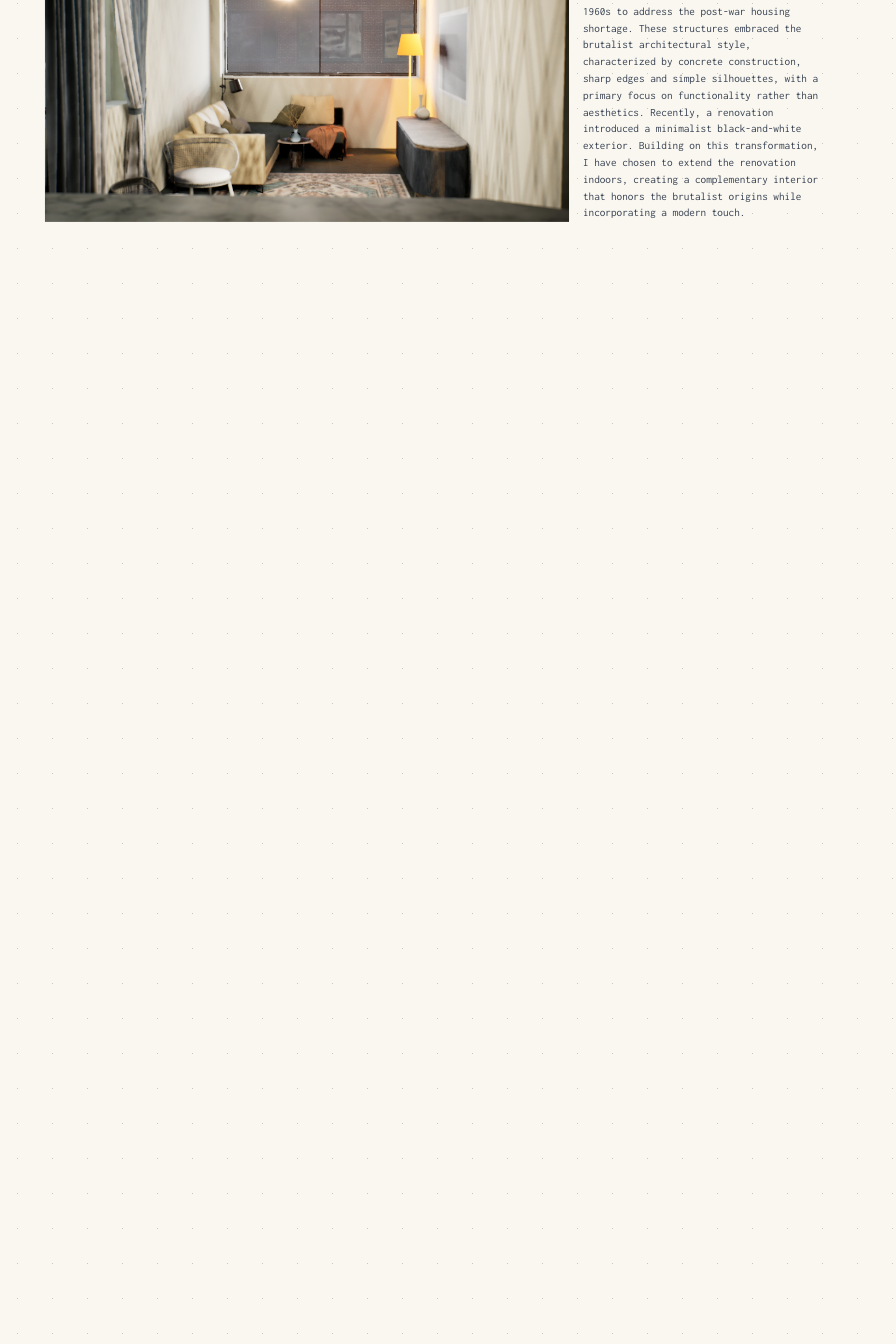
Repository: BBRRE/Portfolio-V2
Page: /#/Architecture
An editor plug-in stored every save of this project. The page is shown before and after the next save, followed by the edit.
The browser window is 1280 px wide. The pictures show the part of the page from y = 870 to 2790 px (the page is 4594 px tall before and 1120 px after), at 70% of full size.
Some web fonts or font styles are not loaded; a fallback is used. The project was rebuilt for these pictures with package versions that can differ from the ones it lists, and the page was loaded fresh each time. Also part of the build but not shown: vite.config.js, src/Subjects/CompSci.jsx, src/Subjects/EEng.jsx, src/Subjects/Other.jsx, src/Projects Overview.jsx, src/HomePage.jsx, src/ErrorBoundary.jsx.

Above is the page before, as saved 2024-11-26 19:19:33.

### index.html
<!doctype html>
<html lang="en">
  <head>
    <meta charset="UTF-8" />
    <link rel="icon" type="image/svg+xml" href="src\assets\letter-bb.svg" />
    <link href="https://fonts.googleapis.com/css2?family=Inconsolata&family=Italiana&family=Hubballi&family=Julius+Sans+One&display=swap" rel="stylesheet">
    <link rel="preconnect" href="https://fonts.googleapis.com" />
<link rel="preconnect" href="https://fonts.gstatic.com" crossorigin />
<link
  rel="stylesheet"
  href="https://fonts.googleapis.com/css2?family=Roboto:wght@300;400;500;700&display=swap"
/>
<link
  rel="stylesheet"
  href="https://fonts.googleapis.com/icon?family=Material+Icons"
/>

    <meta name="viewport" content="width=device-width, initial-scale=1.0" />
    <title>Bilaal Bare</title>
  </head>
  <body>
    <div id="root"></div>
    <script type="module" src="/src/main.jsx"></script>
  </body>
</html>

### src/main.jsx
import React from 'react'
import ReactDOM from 'react-dom/client'
import App from './App'
import ErrorBoundary from './ErrorBoundary'
import './index.css'

ReactDOM.createRoot(document.getElementById('root')).render(
  <React.StrictMode>
    <ErrorBoundary>
      <App />
    </ErrorBoundary>
  </React.StrictMode>
)

### src/App.jsx
import { HashRouter as Router, Routes, Route } from 'react-router-dom';
import Archi from './Subjects/Archi.jsx'
import CompSci from './Subjects/CompSci.jsx'
import EEng from './Subjects/EEng.jsx'
import Other from './Subjects/Other.jsx'
import { HomePage } from './HomePage'
import { useState, useEffect } from 'react'

function App() {
  useEffect(() => {
    console.log('App component mounted')
  }, [])

  return (
    <Router>
        <Routes>
          <Route path="/" element={<HomePage />} />
          <Route path="/Architecture" element={<Archi />} />
          <Route path="/Electronic-Eng" element={<EEng />} />
          <Route path="/Computer-Sci" element={<CompSci />} />
          <Route path="/Other" element={<Other />} />
        </Routes>
    </Router>
  )
}

export default App

### src/index.css
@tailwind base;
@tailwind components;
@tailwind utilities;

@layer utilities {
  .bg-dot-pattern {
    background-image: radial-gradient(circle, rgba(0, 0, 0, 0.2) 1px, transparent 1px);
    background-size: 50px 50px; /* Adjust the spacing here */
  }
}

### src/Subjects/Archi.jsx
import React, { useState, useEffect } from 'react';
import { motion } from "framer-motion";
import archi from "../assets/arch.jpg";
import old from "../assets/Old.jpg";
import newL from "../assets/New.jpg";
import render1 from "../assets/NewLevelSequence.0001.jpeg"
import render2 from "../assets/NewLevelSequence.0002.jpeg"
import render3 from "../assets/NewLevelSequence.0003.jpeg"
import render4 from "../assets/NewLevelSequence.0004.jpeg"
import render5 from "../assets/NewLevelSequence.0005.jpeg"
import kitchen from "../assets/Kitchene.PNG";
import balcony from "../assets/Balconye.PNG";
import bathroom from "../assets/Bathroome.PNG";

const Arcchi = () => {
  const [isExpanded, setIsExpanded] = useState(false);
  const [delayedExpanded, setDelayedExpanded] = useState(false);
  const [isExpanded2, setIsExpanded2] = useState(false);
  const [delayedExpanded2, setDelayedExpanded2] = useState(false);

  useEffect(() => {
    let timer;
    if (isExpanded) {setDelayedExpanded(true)
    } else {
      timer = setTimeout(() => setDelayedExpanded(false), 1000);
    }
    return () => clearTimeout(timer);
  }, [isExpanded]);

  useEffect(() => {
    let timer;
    if (isExpanded2) {setDelayedExpanded2(true)
    } else {
      timer = setTimeout(() => setDelayedExpanded2(false), 1000);
    }
    return () => clearTimeout(timer);
  }, [isExpanded2]);

  const containerVariants = {
    hidden: {
      y: -100,
      opacity: 0
    },
    visible: {
      y: 0,
      opacity: 1,
      transition: {
        type: "spring",
        damping: 20,
        stiffness: 100,
        duration: 1
      }
    }
  };
  // Separate variants for mobile and desktop
  const imageVariants = {
    initial: {
      width: '65%',
      x: 0,
      transition: { duration: 2 }
    },
    expanded: {
      width: '100%',
      x: 0,
      transition: { duration: 2 }
    }
  };

  // Desktop-specific variants
  const desktopImageVariants = {
    initial: {
      width: '65%',
      x: 0,
      transition: { duration: 2 }
    },
    expanded: {
      width: '100%',
      x: '15%',
      transition: { duration: 2 }
    }
  };

  const textVariants = {
    initial: { opacity: 1, y: 0 },
    fading: { opacity: 0, transition: { duration: 0.5 } },
    appearing: { opacity: 1, y: '-50%', transition: { duration: 0.5 } }
  };

  return (
    <div className='bg-[#F9F7F0] bg-dot-pattern flex flex-col gap-14'>
    <div className={` font-inconsolata w-full overflow-hidden `}>
      <motion.div
        className="flex flex-col pt-[60px] md:pt-[100px] gap-4 md:gap-8 w-full"
        initial="hidden"
        animate="visible"
        variants={containerVariants}
      >
        <div className="flex w-full mx-auto max-w-[1200px] flex-col px-4 md:px-6">
          {/* Initial hero section */}
          <div
            className="flex flex-col md:flex-row w-full mx-auto max-w-[1200px] h-[60vh] md:h-[80vh] cursor-pointer relative z-10"
            onClick={() => setIsExpanded(!isExpanded)}
          >
            {/* Mobile Image */}

            <motion.img
              className="object-contain rounded-sm z-10 mx-auto md:hidden"
              src={render1}
              initial="initial"
              animate={isExpanded ? "expanded" : "initial"}
              variants={imageVariants}
            />

            {/* Desktop Image */}
            <motion.img
              className="hidden md:block object-contain rounded-sm z-10"
              src={render1}
              initial="initial"
              animate={isExpanded ? "expanded" : "initial"}
              variants={desktopImageVariants}
            />

            <motion.div
              className="w-full md:w-1/3 p-4 md:pl-[20px] md:pt-[20px] my-auto"
              initial="initial"
              animate={isExpanded ? "fading" : "initial"}
              variants={textVariants}
            >
              <h1 className="text-xl md:text-2xl font-semibold mb-4">Redesigning the layout of an apartment</h1>
              <p className="text-gray-700 leading-relaxed text-sm md:text-base z-10">
              Many UK tower blocks were built in the 1960s to address the post-war housing shortage. These structures embraced the brutalist architectural style, characterized by concrete construction, sharp edges and simple silhouettes,
               with a primary focus on functionality rather than aesthetics. Recently, a renovation introduced a minimalist black-and-white exterior. Building on this transformation, I have chosen to extend the renovation indoors,
                creating a complementary interior that honors the brutalist origins while incorporating a modern touch.
              </p>
            </motion.div>
          </div>

          {/* Expanded grid section */}
          <motion.div
            className={`w-full max-w-[1200px] mx-auto transition-all duration-1000 ease-in-out  ${isExpanded ? '' : 'h-64'}
              ${isExpanded ? 'opacity-100 mt-[-200px] md:mt-8' : 'opacity-0 mt-[-400px]'}
              `}
          >
            <div className="grid grid-cols-1 md:grid-cols-2 gap-8 md:gap-16 p-4 md:p-8 justify-center">
              {/* Balcony Section */}
              <div className="flex flex-col space-y-4 md:space-y-6">
              <img
                  src={balcony}
                  alt="Balcony view"
                  className="w-full max-w-[400px] h-auto object-cover rounded-lg shadow-lg mx-auto"
                />
                <img
                  src={render5}
                  alt="Balcony view"
                  className="w-full max-w-[400px] h-auto object-cover rounded-lg shadow-lg mx-auto"
                />
                <div className="space-y-2 md:space-y-4 px-4 md:px-0">
                  <h2 className="text-lg md:text-xl font-semibold">Balcony Transformation</h2>
                  <p className="text-gray-700 leading-relaxed text-sm md:text-base">
                  What appeared to be a balcony was actually an awkward space connecting the main bedroom to the living room.
                   Despite not protruding from the building's facade, this area had defaulted to storage use. By removing this space,
                    I was able to expand the smaller bedrooms and provide them with direct access to exterior windows. The responsibility of storage would be removed from balcony and distrabuted accross the home
                     requiring alternative storage solutions to be disscused later.
                  </p>
                </div>
              </div>

              {/* Kitchen Section */}
              <div className="flex flex-col space-y-4 md:space-y-6 md:mt-[200px]">
                <img
                  src={kitchen}
                  alt="Balcony view"
                  className="w-full max-w-[400px] h-auto object-cover rounded-lg shadow-lg mx-auto"
                />
                <img
                  src={render2}
                  alt="Kitchen design"
                  className="w-full max-w-[400px] h-auto object-cover rounded-lg shadow-lg mx-auto"
                />
                <div className="space-y-2 md:space-y-4 px-4 md:px-0">
                  <h2 className="text-lg md:text-xl font-semibold">Modern Kitchen Design</h2>
                  <p className="text-gray-700 leading-relaxed text-sm md:text-base">
                    The kitchen was and small narrow with one small window, and despite it's size it was being used as also being used as a laundry
                    room. I decided to expand the kitchen out into the living room and incorporate a large window to not only help with ventilation but
                    to bring some natural light giving a more enjoyable cooking experience. I also removed many small storage rooms in the kitchen and repurposed
                    it into one large laundry / storage room. This alleviates some stress off the kitchen, and as the door is angled away from the kitchen you wouldn't be
                     interupted while baking. The larger laundry / storage room would act as the central storage and as each bedroom is now larger, there would be
                     space for separated storage within each room.
                  </p>
                </div>
              </div>

              {/* Bathroom Section */}
              <div className="flex flex-col space-y-4 md:space-y-6 md:my-[-300px]">
              <img
                  src={bathroom}
                  alt="Balcony view"
                  className="w-full max-w-[400px] h-auto object-cover rounded-lg shadow-lg mx-auto"
                />
                <img
                  src={render3}
                  alt="Bathroom design"
                  className="w-full max-w-[400px] h-auto object-cover rounded-lg shadow-lg mx-auto"
                />
                <div className="space-y-2 md:space-y-4 px-4 md:px-0">
                  <h2 className="text-lg md:text-xl font-semibold">Luxurious Bathroom</h2>
                  <p className="text-gray-700 leading-relaxed text-sm md:text-base">
                    The bathroom was 2 seperate small rooms, while it came with it's advantages, could be used in parralell, it also had many disadvantages, including the small size.
                     A combined washroom gives you a larger space and with the additional
                    divider it would provide the benifit of seperating the toilet from the bathroom. Within the neighberhood this tower block
                    resides, it is very common to have a pair of crocs / flip flops in the bathroom, with the new sliding doors the sandlas can remain
                    at the enterance while you both open and close the door.
                  </p>
                </div>
              </div>

              {/* Floor Plan Section */}
              <div className="flex flex-col space-y-4 md:space-y-6">
                <div className="h-auto md:h-auto bg-white rounded-lg shadow-lg p-4 md:p-6 md:mt-[450px]">
                  <h2 className="text-lg md:text-xl font-semibold mb-2 md:mb-4">Floor Plans & Technical Details</h2>
                  <p className="text-gray-700 leading-relaxed text-sm md:text-base ">
                  Built in the 1960s, this tower block features a typical construction style of its era: load-bearing exterior
                  walls and central columns, with non-load-bearing interior walls. This structural arrangement provided complete freedom
                  in redesigning the interior layout to meet modern living standards. Both the old and renovated floor plan, created in AutoCAD, is shown below.
                  </p>
                </div>
              </div>

              {/* Final Image */}
              <img
                src={old}
                className="col-span-1 md:col-span-2 mt-8 w-full max-w-[1200px] mb-[-50px] mx-auto rounded-lg shadow-lg"
                alt="New Layout"
              />
              <img
                src={newL}
                className="col-span-1 md:col-span-2 mt-8 w-full max-w-[1200px] mb-[100px] mx-auto rounded-lg shadow-lg"
                alt="New Layout"
              />
            </div>
          </motion.div>
        </div>
      </motion.div>
    </div>



    <div className={` font-inconsolata w-full overflow-hidden `}>
      <motion.div
        className="flex flex-col pt-[60px] md:pt-[100px] gap-4 md:gap-8 w-full"
        initial="hidden"
        animate="visible"
        variants={containerVariants}
      >
        <div className="flex w-full mx-auto max-w-[1200px] flex-col px-4 md:px-6">
          {/* Initial hero section */}
          <div
            className="flex flex-col md:flex-row w-full mx-auto max-w-[1200px] h-[60vh] md:h-[80vh] cursor-pointer relative z-10"
            onClick={() => setIsExpanded2(!isExpanded2)}
          >
            {/* Mobile Image */}

            <motion.img
              className="object-contain rounded-sm z-10 mx-auto md:hidden"
              src={render1}
              initial="initial"
              animate={isExpanded2 ? "expanded" : "initial"}
              variants={imageVariants}
            />

            {/* Desktop Image */}
            <motion.img
              className="hidden md:block object-contain rounded-sm z-10"
              src={render1}
              initial="initial"
              animate={isExpanded2 ? "expanded" : "initial"}
              variants={desktopImageVariants}
            />

            <motion.div
              className="w-full md:w-1/3 p-4 md:pl-[20px] md:pt-[20px] my-auto"
              initial="initial"
              animate={isExpanded2 ? "fading" : "initial"}
              variants={textVariants}
            >
              <h1 className="text-xl md:text-2xl font-semibold mb-4">Redesigning the layout of an apartment</h1>
              <p className="text-gray-700 leading-relaxed text-sm md:text-base z-10">
              Many UK tower blocks were built in the 1960s to address the post-war housing shortage. These structures embraced the brutalist architectural style, characterized by concrete construction, sharp edges and simple silhouettes,
               with a primary focus on functionality rather than aesthetics. Recently, a renovation introduced a minimalist black-and-white exterior. Building on this transformation, I have chosen to extend the renovation indoors,
                creating a complementary interior that honors the brutalist origins while incorporating a modern touch.
              </p>
            </motion.div>
          </div>

          {/* Expanded grid section */}
          <motion.div
            className={`w-full max-w-[1200px] mx-auto transition-all duration-1000 ease-in-out
              ${isExpanded2 ? 'opacity-100 mt-[-200px] md:mt-8' : 'opacity-0 mt-[-400px]'}
              `}
          >
            <div className="grid grid-cols-1 md:grid-cols-2 gap-8 md:gap-16 p-4 md:p-8 justify-center">
              {/* Balcony Section */}
              <div className="flex flex-col space-y-4 md:space-y-6">
              <img
                  src={balcony}
                  alt="Balcony view"
                  className="w-full max-w-[400px] h-auto object-cover rounded-lg shadow-lg mx-auto"
                />
                <img
                  src={render5}
                  alt="Balcony view"
                  className="w-full max-w-[400px] h-auto object-cover rounded-lg shadow-lg mx-auto"
                />
                <div className="space-y-2 md:space-y-4 px-4 md:px-0">
                  <h2 className="text-lg md:text-xl font-semibold">Balcony Transformation</h2>
                  <p className="text-gray-700 leading-relaxed text-sm md:text-base">
                  What appeared to be a balcony was actually an awkward space connecting the main bedroom to the living room.
                   Despite not protruding from the building's facade, this area had defaulted to storage use. By removing this space,
                    I was able to expand the smaller bedrooms and provide them with direct access to exterior windows. The responsibility of storage would be removed from balcony and distrabuted accross the home
                     requiring alternative storage solutions to be disscused later.
                  </p>
                </div>
              </div>

              {/* Kitchen Section */}
              <div className="flex flex-col space-y-4 md:space-y-6 md:mt-[200px]">
                <img
                  src={kitchen}
                  alt="Balcony view"
                  className="w-full max-w-[400px] h-auto object-cover rounded-lg shadow-lg mx-auto"
                />
                <img
                  src={render2}
                  alt="Kitchen design"
                  className="w-full max-w-[400px] h-auto object-cover rounded-lg shadow-lg mx-auto"
                />
                <div className="space-y-2 md:space-y-4 px-4 md:px-0">
                  <h2 className="text-lg md:text-xl font-semibold">Modern Kitchen Design</h2>
                  <p className="text-gray-700 leading-relaxed text-sm md:text-base">
                    The kitchen was and small narrow with one small window, and despite it's size it was being used as also being used as a laundry
                    room. I decided to expand the kitchen out into the living room and incorporate a large window to not only help with ventilation but
                    to bring some natural light giving a more enjoyable cooking experience. I also removed many small storage rooms in the kitchen and repurposed
                    it into one large laundry / storage room. This alleviates some stress off the kitchen, and as the door is angled away from the kitchen you wouldn't be
                     interupted while baking. The larger laundry / storage room would act as the central storage and as each bedroom is now larger, there would be
                     space for separated storage within each room.
                  </p>
                </div>
              </div>

              {/* Bathroom Section */}
              <div className="flex flex-col space-y-4 md:space-y-6 md:my-[-300px]">
              <img
                  src={bathroom}
                  alt="Balcony view"
                  className="w-full max-w-[400px] h-auto object-cover rounded-lg shadow-lg mx-auto"
                />
                <img
                  src={render3}
                  alt="Bathroom design"
                  className="w-full max-w-[400px] h-auto object-cover rounded-lg shadow-lg mx-auto"
                />
                <div className="space-y-2 md:space-y-4 px-4 md:px-0">
                  <h2 className="text-lg md:text-xl font-semibold">Luxurious Bathroom</h2>
                  <p className="text-gray-700 leading-relaxed text-sm md:text-base">
                    The bathroom was 2 seperate small rooms, while it came with it's advantages, could be used in parralell, it also had many disadvantages, including the small size.
                     A combined washroom gives you a larger space and with the additional
                    divider it would provide the benifit of seperating the toilet from the bathroom. Within the neighberhood this tower block
                    resides, it is very common to have a pair of crocs / flip flops in the bathroom, with the new sliding doors the sandlas can remain
                    at the enterance while you both open and close the door.
                  </p>
                </div>
              </div>

              {/* Floor Plan Section */}
              <div className="flex flex-col space-y-4 md:space-y-6">
                <div className="h-auto md:h-auto bg-white rounded-lg shadow-lg p-4 md:p-6 md:mt-[450px]">
                  <h2 className="text-lg md:text-xl font-semibold mb-2 md:mb-4">Floor Plans & Technical Details</h2>
                  <p className="text-gray-700 leading-relaxed text-sm md:text-base ">
                  Built in the 1960s, this tower block features a typical construction style of its era: load-bearing exterior
                  walls and central columns, with non-load-bearing interior walls. This structural arrangement provided complete freedom
                  in redesigning the interior layout to meet modern living standards. Both the old and renovated floor plan, created in AutoCAD, is shown below.
                  </p>
                </div>
              </div>

              {/* Final Image */}
              <img
                src={old}
                className="col-span-1 md:col-span-2 mt-8 w-full max-w-[1200px] mb-[-50px] mx-auto rounded-lg shadow-lg"
                alt="New Layout"
              />
              <img
                src={newL}
                className="col-span-1 md:col-span-2 mt-8 w-full max-w-[1200px] mb-[100px] mx-auto rounded-lg shadow-lg"
                alt="New Layout"
              />
            </div>
          </motion.div>
        </div>
      </motion.div>
    </div>
    </div>
  );
};

export default Arcchi;

### tailwind.config.js
/** @type {import('tailwindcss').Config} */
export default {
    darkMode: ["class"],
    content: ["index.css",
  "./src/**/*.{js,ts,jsx,tsx}",],
  theme: {
  	extend: {
  		backgroundImage: {
  			noise: "url('/src/assets/nnnoise.svg')",
  			undulate: "url('/src/assets/uuundulate.svg')"
  		},
  		fontFamily: {
  			inconsolata: ['Inconsolata', 'monospace'],
  			italiana: ['Italiana', 'serif'],
  			hubballi: ['Hubballi', 'cursive'],
  			julius: ['Julius Sans One"', 'sans-serif']
  		},
      keyframes: {
        fadeIn: {
          '0%': { opacity: '0' },
          '100%': { opacity: '1' },
        },
      }
  	}
  }
}

After the next save:
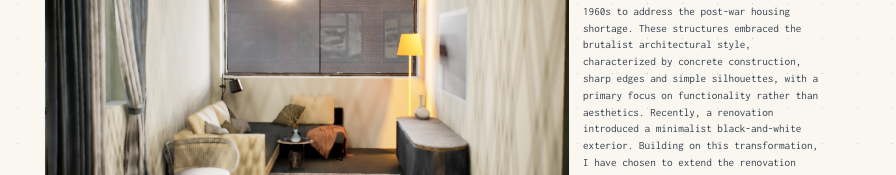
Saved 23 s later.
--- a/src/Subjects/Archi.jsx
+++ b/src/Subjects/Archi.jsx
@@ -294,7 +294,7 @@ const Arcchi = () => {
 
           {/* Expanded grid section */}
           <motion.div
-            className={`w-full max-w-[1200px] mx-auto transition-all duration-1000 ease-in-out
+            className={`w-full max-w-[1200px] mx-auto transition-all duration-1000 ease-in-out ${isExpanded ? '' : 'h-64'}
               ${isExpanded2 ? 'opacity-100 mt-[-200px] md:mt-8' : 'opacity-0 mt-[-400px]'}
               `}
           >
